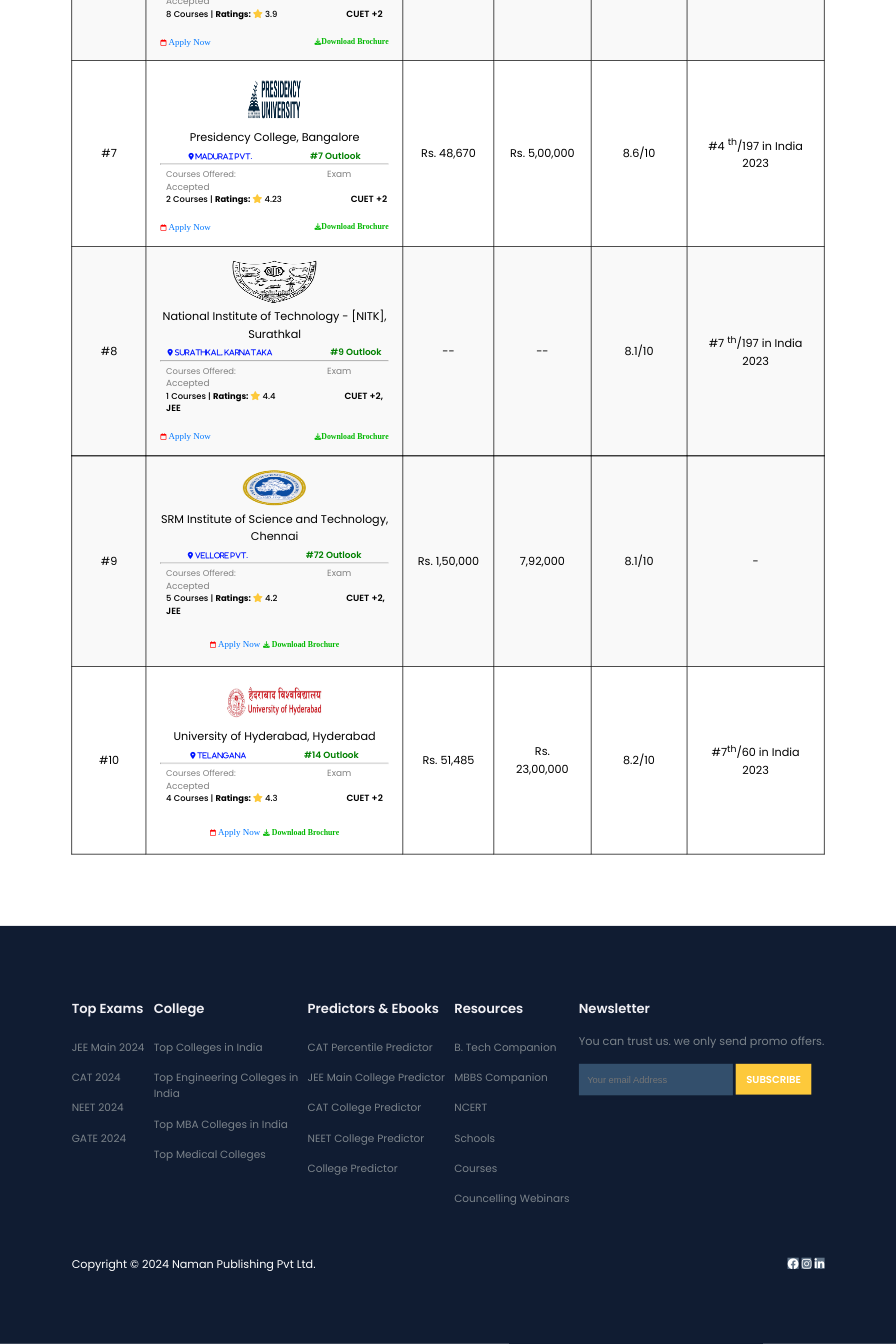
Repository: NamanSahu09/VidyaPreet-Ed-Tech-Website
Page: mca.html
These files come from the project's save history. The page is drawn as it stood at one moment and after the next save; the edit follows.
The browser window is 1280 px wide. The pictures show the part of the page from y = 3354 to 5274 px (the page is 5274 px tall before and 5262 px after), at 70% of full size.
Some web libraries are served in a nearby version.

Above is the page before, as saved 2024-04-15 01:13:57.

After the next save:
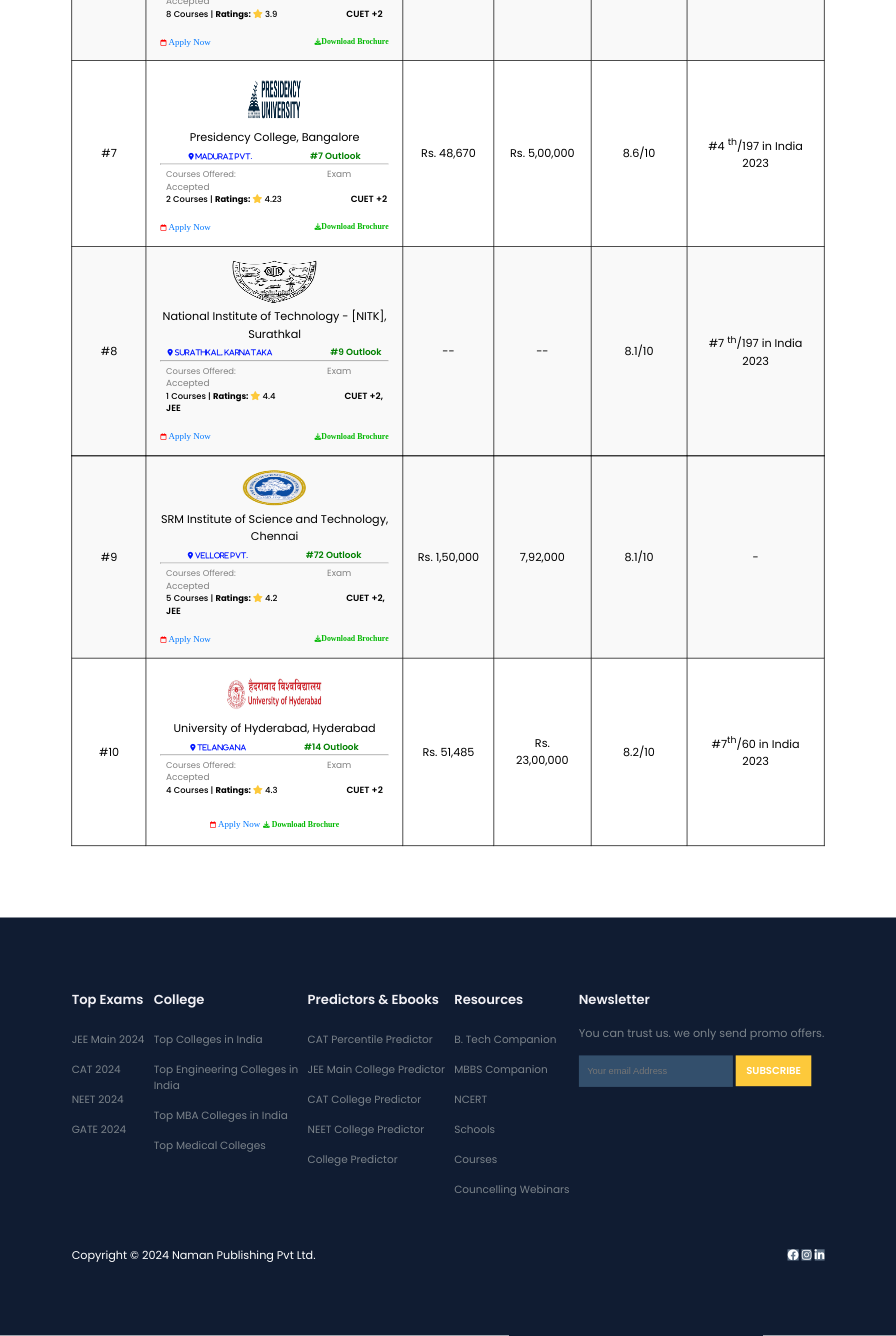
Saved 6 s later.
--- a/mca.html
+++ b/mca.html
@@ -542,10 +542,12 @@
 
 <br>
 
-	<i class="fa-regular fa-calendar" align="left"><a href="https://www.srmist.edu.in/"> Apply Now </a></i>
-	<i class="fa-solid fa-download" ><a href=""> Download Brochure </a></i>
-
-
+<div class="downloadd">
+
+	<i class="fa-regular fa-calendar" align="left"><a href="https://christuniversity.in/"> Apply Now </a></i>
+	<i class="fa-solid fa-download"><a href="js files/st_stephens.pdf" download>Download Brochure</a></i>
+
+</div>
 
 
 
